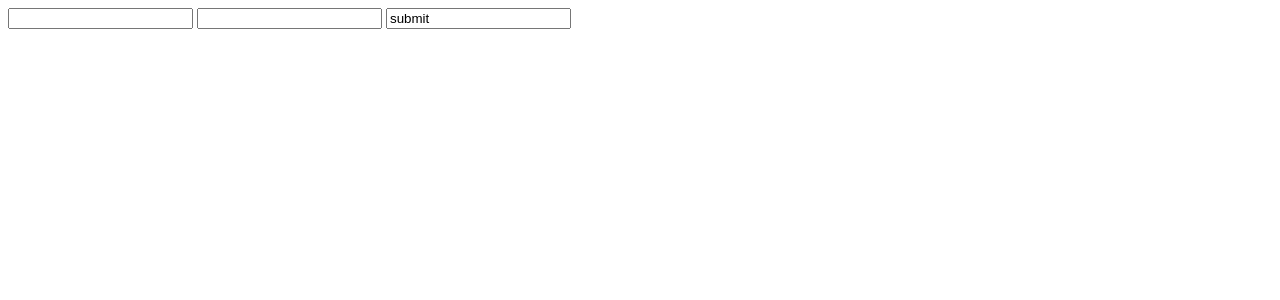
Repository: azizrepo/simpllilearn
Page: FirstServlet/FirstServlet/index.html
The author's editor kept a copy of each file at every save. The page is drawn from the files as they stood at one save, then again after the next save.
The browser window is 1280 px wide. The pictures show the whole page.

Above is the page before, as saved 2020-10-18 14:28:13.

### FirstServlet/FirstServlet/index.html
<!DOCTYPE html>
<html>
<head>
<meta charset="ISO-8859-1">
<title>Insert title here</title>
</head>
<body>

<form action="/FirstServlet/MyGenericServlet" method="post">

<input typ="text" name="username" >
<input typ="text" name="address" >

<input typ="submit" name="submit" value="submit">


</form>


</body>
</html>

After the next save:
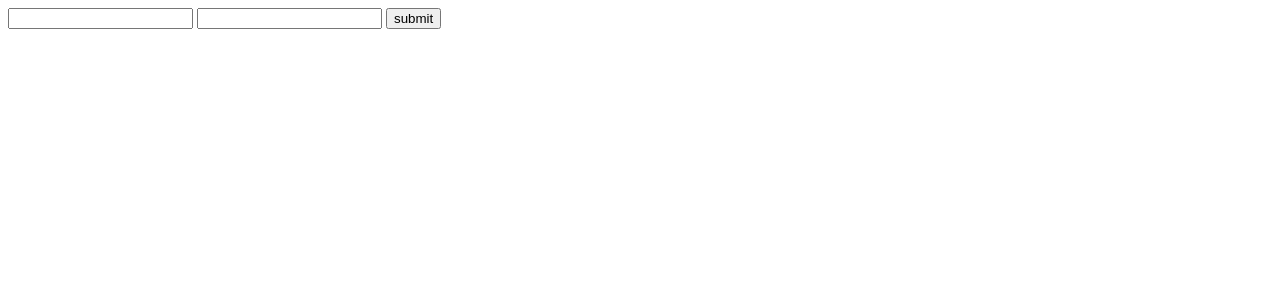
Saved 39 s later.
--- a/FirstServlet/FirstServlet/index.html
+++ b/FirstServlet/FirstServlet/index.html
@@ -8,10 +8,10 @@
 
 <form action="/FirstServlet/MyGenericServlet" method="post">
 
-<input typ="text" name="username" >
-<input typ="text" name="address" >
+<input type="text" name="username" >
+<input type="text" name="address" >
 
-<input typ="submit" name="submit" value="submit">
+<input type="submit" name="submit" value="submit">
 
 
 </form>
